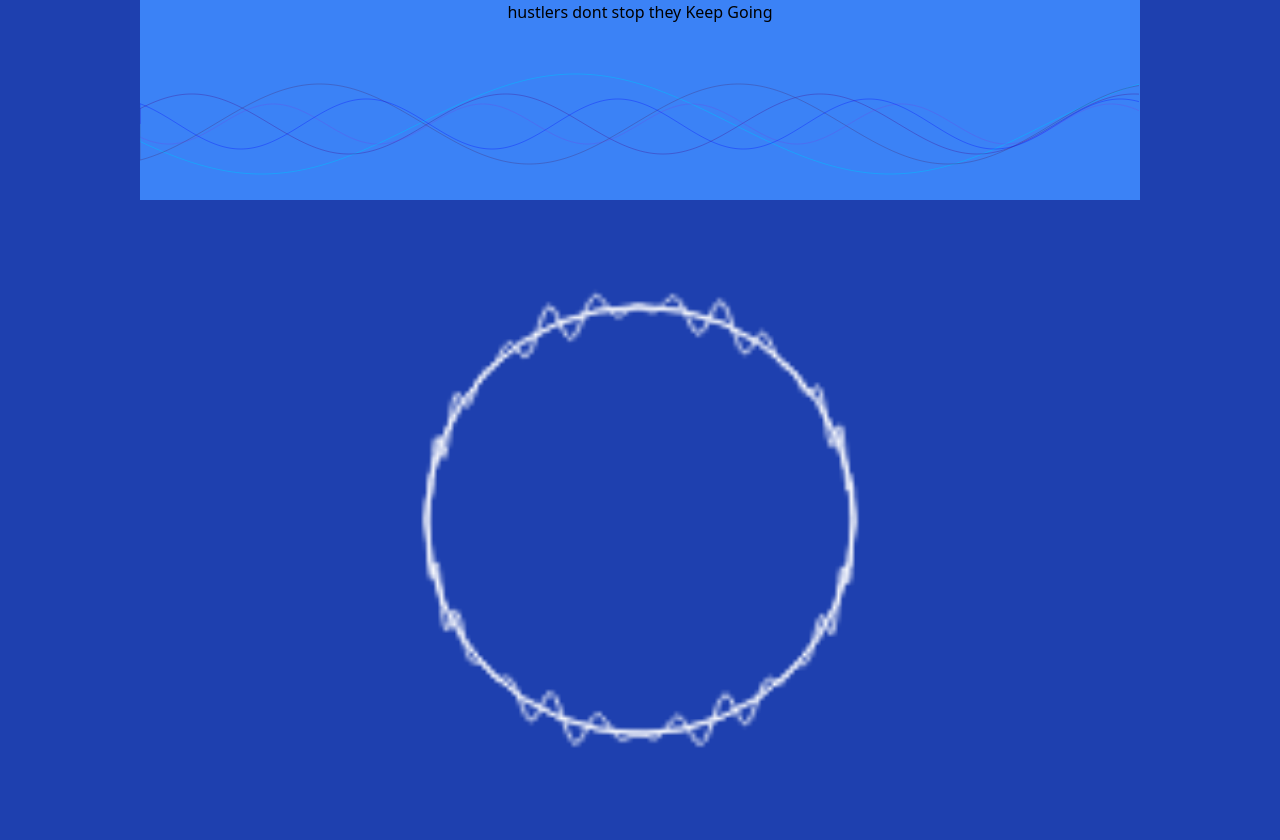
Repository: TMuse333/quantum-experiments
Page: /
The author's editor kept a copy of each file at every save. The page is drawn from the files as they stood at one save, then again after the next save.
The browser window is 1280 px wide. The pictures show the whole page.
The project was rebuilt for these pictures with package versions that can differ from the ones it lists, and the page was loaded fresh each time. Also part of the build but not shown: vite.config.ts.

Above is the page before, as saved 2024-06-08 18:43:11.

### src/App.tsx
import { useState } from 'react'
import reactLogo from './assets/react.svg'
import viteLogo from '/vite.svg'
import './App.css'
import SineWave from './components/sineWave/sineWave'
import ThreeJSWave from './components/threeeJsWave/threeJsWave'
import CircularWave from './components/circularWave/circularWave'

function App() {
  const [count, setCount] = useState(0)

  return (
    <>
    <div className='bg-blue-800 absolute top-0 left-0
    flex items-center flex-col justify-center w-screen'>


     <SineWave/>
     {/* <ThreeJSWave/> */}
     <CircularWave/>
     </div>
    </>
  )
}

export default App

### src/components/sineWave/sineWave.tsx
import React, { useRef, useEffect } from 'react';

const SineWave: React.FC = () => {
  const canvasRef = useRef<HTMLCanvasElement | null>(null);

  useEffect(() => {
    const canvas = canvasRef.current;
    if (!canvas) return;

    const c = canvas.getContext('2d');
    if (!c) return;

    const waves = [
      {
        amplitude: 50,
        frequency: 0.01,
        speed: 0.02,
        xOffset: 0,
        color: 'rgba(0, 191, 255, 0.5)', // Sky Blue
      },
      {
        amplitude: 30,
        frequency: 0.02,
        speed: 0.03,
        xOffset: 0,
        color: 'rgba(75, 0, 130, 0.3)', // Indigo
      },
      {
        amplitude: 20,
        frequency: 0.03,
        speed: 0.04,
        xOffset: 0,
        color: 'rgba(138, 43, 226, 0.2)', // Blue Violet
      },
      {
        amplitude: 40,
        frequency: 0.015,
        speed: 0.025,
        xOffset: 0,
        color: 'rgba(72, 61, 139, 0.4)', // Dark Slate Blue
      },
      {
        amplitude: 25,
        frequency: 0.025,
        speed: 0.035,
        xOffset: 0,
        color: 'rgba(0, 0, 255, 0.3)', // Blue
      },
    ];

    const resizeHandler = () => {
      canvas.width = canvas.parentElement?.clientWidth ?? window.innerWidth;
      canvas.height = canvas.parentElement?.clientHeight ?? window.innerHeight;
    };

    window.addEventListener('resize', resizeHandler);
    resizeHandler();

    const draw = () => {
      c.clearRect(0, 0, canvas.width, canvas.height);
      waves.forEach((wave) => {
        c.beginPath();
        c.moveTo(0, canvas.height / 2);
        for (let x = 0; x < canvas.width; x++) {
          const y = canvas.height / 2 + Math.sin(x * wave.frequency + wave.xOffset) * wave.amplitude;
          c.lineTo(x, y);
        }
        c.strokeStyle = wave.color;
        c.stroke();
        wave.xOffset += wave.speed;
      });
      requestAnimationFrame(draw);
    };

    draw();

    return () => {
      window.removeEventListener('resize', resizeHandler);
    };
  }, []);

  return (
    <div className='w-screen bg-blue-500 relative h-[200px] max-w-[1000px] ml-auto mr-auto'>
        <h1>hustlers dont stop they Keep Going</h1>
      <canvas className='h-full w-full mt-auto mb-auto' ref={canvasRef} />
    </div>
  );
};

export default SineWave;

### src/components/circularWave/circularWave.tsx
import React, { useEffect, useRef } from 'react';

const CircularWave: React.FC = () => {
  const canvasRef = useRef<HTMLCanvasElement | null>(null);
  const frameId = useRef<number | null>(null); // To store the frame ID

  useEffect(() => {
    const canvas = canvasRef.current;
    if (!canvas) return;

    const c = canvas.getContext('2d');
    if (!c) return;

    const centerX = canvas.width / 2;
    const centerY = canvas.height / 2;
    const radius = 50; // Radius of the circular wave
    const waveLength = 600; // Wavelength of the wave
    const amplitude = 5; // Amplitude of the wave
    const frequency = 2; // Frequency of the wave
    const phaseShift = Math.PI / 4; // Phase shift to start the wave from the top

    const draw = () => {
      c.clearRect(0, 0, canvas.width, canvas.height);

      // Draw circular path
      c.beginPath();
      c.arc(centerX, centerY, radius, 0, Math.PI * 2);
      c.stroke();

      // Draw circular wave
      for (let angle = 0; angle < Math.PI * 2; angle += 0.02) {
        const x = centerX + radius * Math.cos(angle);
        const y = centerY + radius * Math.sin(angle) + amplitude * Math.sin(angle * waveLength + frequency * angle + phaseShift) * Math.sin(angle * frequency * 2);
        if (angle === 0) {
          c.moveTo(x, y);
        } else {
          c.lineTo(x, y);
        }
      }

      c.strokeStyle = 'rgba(255, 255, 255, 0.8)';
      c.stroke();

      frameId.current = requestAnimationFrame(draw);
    };

    draw();

    // Cleanup function
    return () => cancelAnimationFrame(frameId.current ?? 0); // Use ?? operator to handle null or undefined frame ID
  }, []);

  return (
    <canvas
      className='h-full w-full'
      ref={canvasRef}
      style={{ width: '100%', height: '100%' }}
    ></canvas>
  );
};

export default CircularWave;

Loaded but not shown: index.html (common file); src/main.tsx (common file); src/index.css (common file); src/App.css (common file); tailwind.config.js (common file)

After the next save:
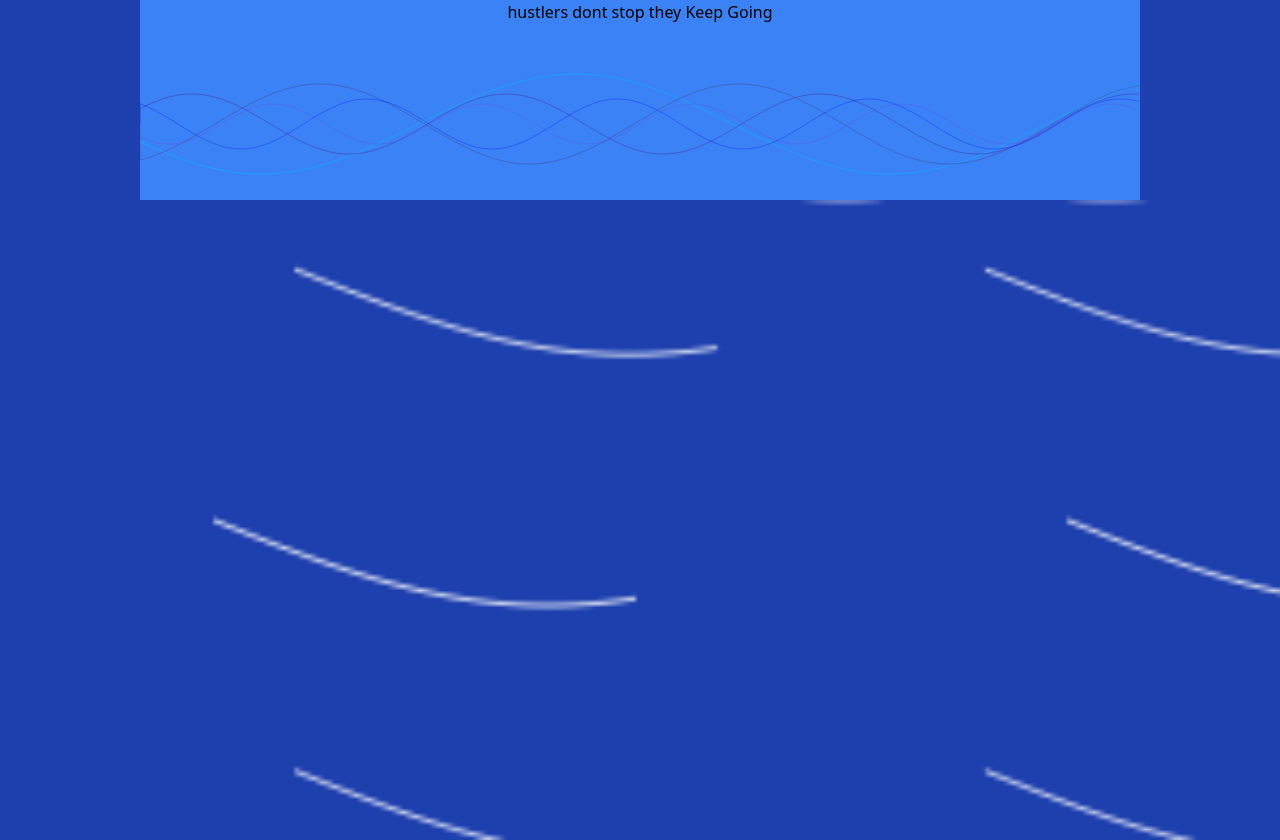
Saved 52 s later.
--- a/src/components/circularWave/circularWave.tsx
+++ b/src/components/circularWave/circularWave.tsx
@@ -13,33 +13,32 @@
 
     const centerX = canvas.width / 2;
     const centerY = canvas.height / 2;
-    const radius = 50; // Radius of the circular wave
-    const waveLength = 600; // Wavelength of the wave
-    const amplitude = 5; // Amplitude of the wave
-    const frequency = 2; // Frequency of the wave
-    const phaseShift = Math.PI / 4; // Phase shift to start the wave from the top
+    const radius = 100; // Radius of the circle
+    const numWaves = 10; // Number of waves
+    const waveLength = 100; // Wavelength of the wave
+    const amplitude = 20; // Amplitude of the wave
+    const speed = 0.02; // Speed of the wave
 
     const draw = () => {
       c.clearRect(0, 0, canvas.width, canvas.height);
 
-      // Draw circular path
-      c.beginPath();
-      c.arc(centerX, centerY, radius, 0, Math.PI * 2);
-      c.stroke();
+      for (let i = 0; i < numWaves; i++) {
+        const angle = (i / numWaves) * Math.PI * 2;
+        const x = centerX + radius * Math.cos(angle);
+        const y = centerY + radius * Math.sin(angle);
 
-      // Draw circular wave
-      for (let angle = 0; angle < Math.PI * 2; angle += 0.02) {
-        const x = centerX + radius * Math.cos(angle);
-        const y = centerY + radius * Math.sin(angle) + amplitude * Math.sin(angle * waveLength + frequency * angle + phaseShift) * Math.sin(angle * frequency * 2);
-        if (angle === 0) {
-          c.moveTo(x, y);
-        } else {
-          c.lineTo(x, y);
+        c.beginPath();
+        c.moveTo(x, y);
+
+        for (let j = 0; j < waveLength; j++) {
+          const waveX = x + j;
+          const waveY = y + Math.sin(j * speed) * amplitude;
+          c.lineTo(waveX, waveY);
         }
+
+        c.strokeStyle = 'rgba(255, 255, 255, 0.8)';
+        c.stroke();
       }
-
-      c.strokeStyle = 'rgba(255, 255, 255, 0.8)';
-      c.stroke();
 
       frameId.current = requestAnimationFrame(draw);
     };

After the save that followed:
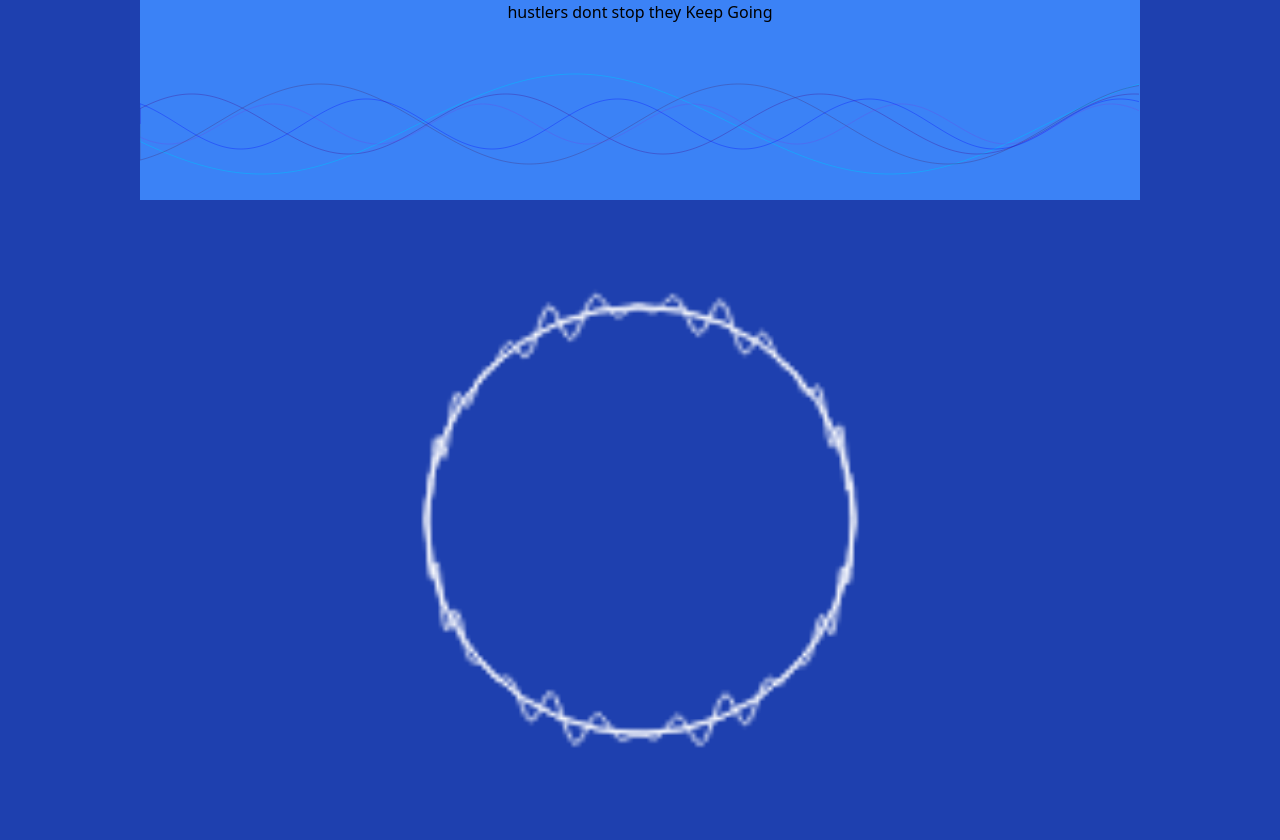
Saved 7 s later.
--- a/src/components/circularWave/circularWave.tsx
+++ b/src/components/circularWave/circularWave.tsx
@@ -13,32 +13,33 @@
 
     const centerX = canvas.width / 2;
     const centerY = canvas.height / 2;
-    const radius = 100; // Radius of the circle
-    const numWaves = 10; // Number of waves
-    const waveLength = 100; // Wavelength of the wave
-    const amplitude = 20; // Amplitude of the wave
-    const speed = 0.02; // Speed of the wave
+    const radius = 50; // Radius of the circular wave
+    const waveLength = 600; // Wavelength of the wave
+    const amplitude = 5; // Amplitude of the wave
+    const frequency = 2; // Frequency of the wave
+    const phaseShift = Math.PI / 4; // Phase shift to start the wave from the top
 
     const draw = () => {
       c.clearRect(0, 0, canvas.width, canvas.height);
 
-      for (let i = 0; i < numWaves; i++) {
-        const angle = (i / numWaves) * Math.PI * 2;
+      // Draw circular path
+      c.beginPath();
+      c.arc(centerX, centerY, radius, 0, Math.PI * 2);
+      c.stroke();
+
+      // Draw circular wave
+      for (let angle = 0; angle < Math.PI * 2; angle += 0.02) {
         const x = centerX + radius * Math.cos(angle);
-        const y = centerY + radius * Math.sin(angle);
+        const y = centerY + radius * Math.sin(angle) + amplitude * Math.sin(angle * waveLength + frequency * angle + phaseShift) * Math.sin(angle * frequency * 2);
+        if (angle === 0) {
+          c.moveTo(x, y);
+        } else {
+          c.lineTo(x, y);
+        }
+      }
 
-        c.beginPath();
-        c.moveTo(x, y);
-
-        for (let j = 0; j < waveLength; j++) {
-          const waveX = x + j;
-          const waveY = y + Math.sin(j * speed) * amplitude;
-          c.lineTo(waveX, waveY);
-        }
-
-        c.strokeStyle = 'rgba(255, 255, 255, 0.8)';
-        c.stroke();
-      }
+      c.strokeStyle = 'rgba(255, 255, 255, 0.8)';
+      c.stroke();
 
       frameId.current = requestAnimationFrame(draw);
     };
